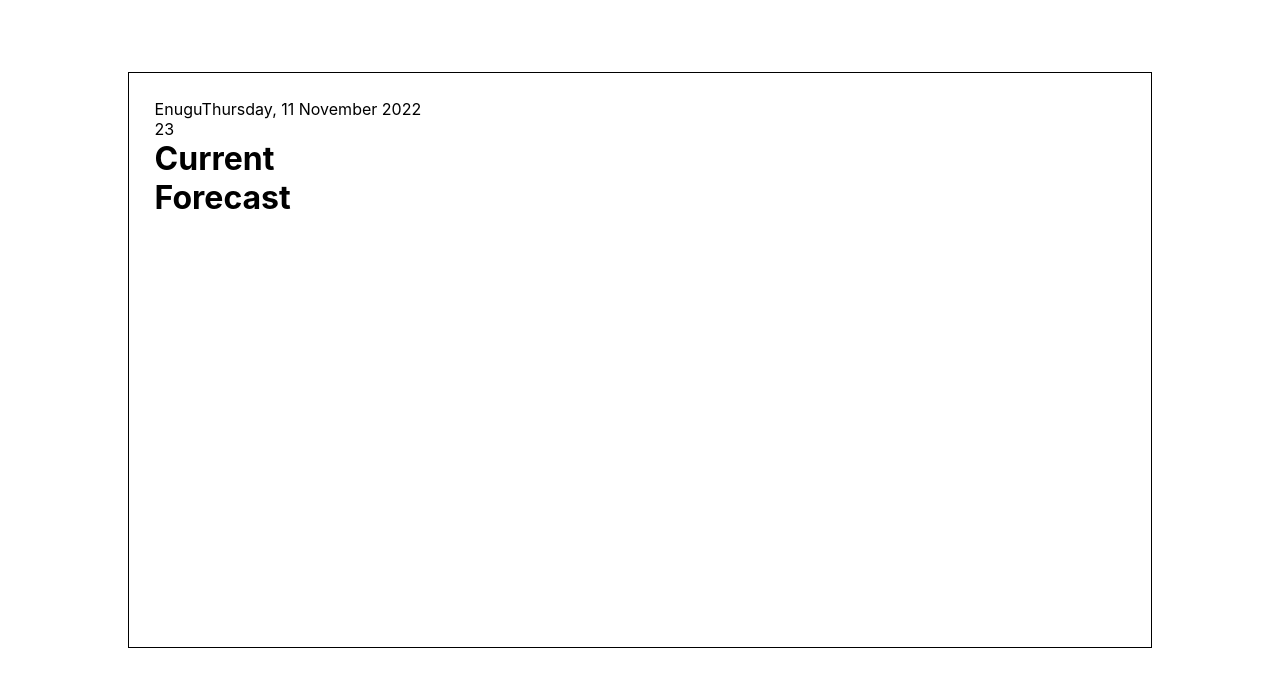
Repository: debthebuilder/bloom
Page: /
These files come from the project's save history. The page is drawn as it stood at one moment and after a run of saves; the edit follows.
The browser window is 1280 px wide. The pictures show the whole page.
The project was rebuilt for these pictures with package versions that can differ from the ones it lists, and the page was loaded fresh each time. Also part of the build but not shown: src/components/Splash.js.

Above is the page before, as saved 2022-11-10 23:41:27.

After the next 3 saves:
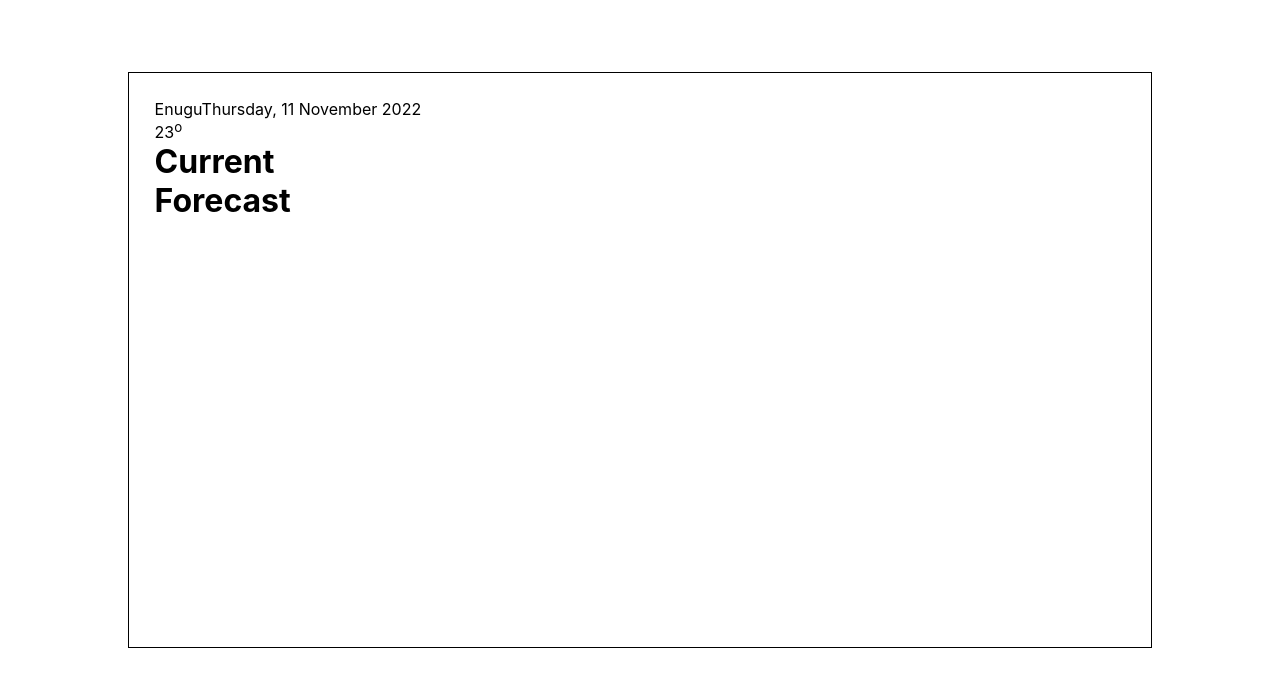
The 3 saves are shown as one change because they came seconds apart.
The last was saved 10 s later.
--- a/src/components/Current.js
+++ b/src/components/Current.js
@@ -8,7 +8,7 @@ export const Current = () => {
             <div className="conditions">
                 <div>
                     <span>23</span>
-                    <span></span>
+                    <span><sup>o</sup></span>
                 </div>
             </div>
             <h1>Current</h1>
